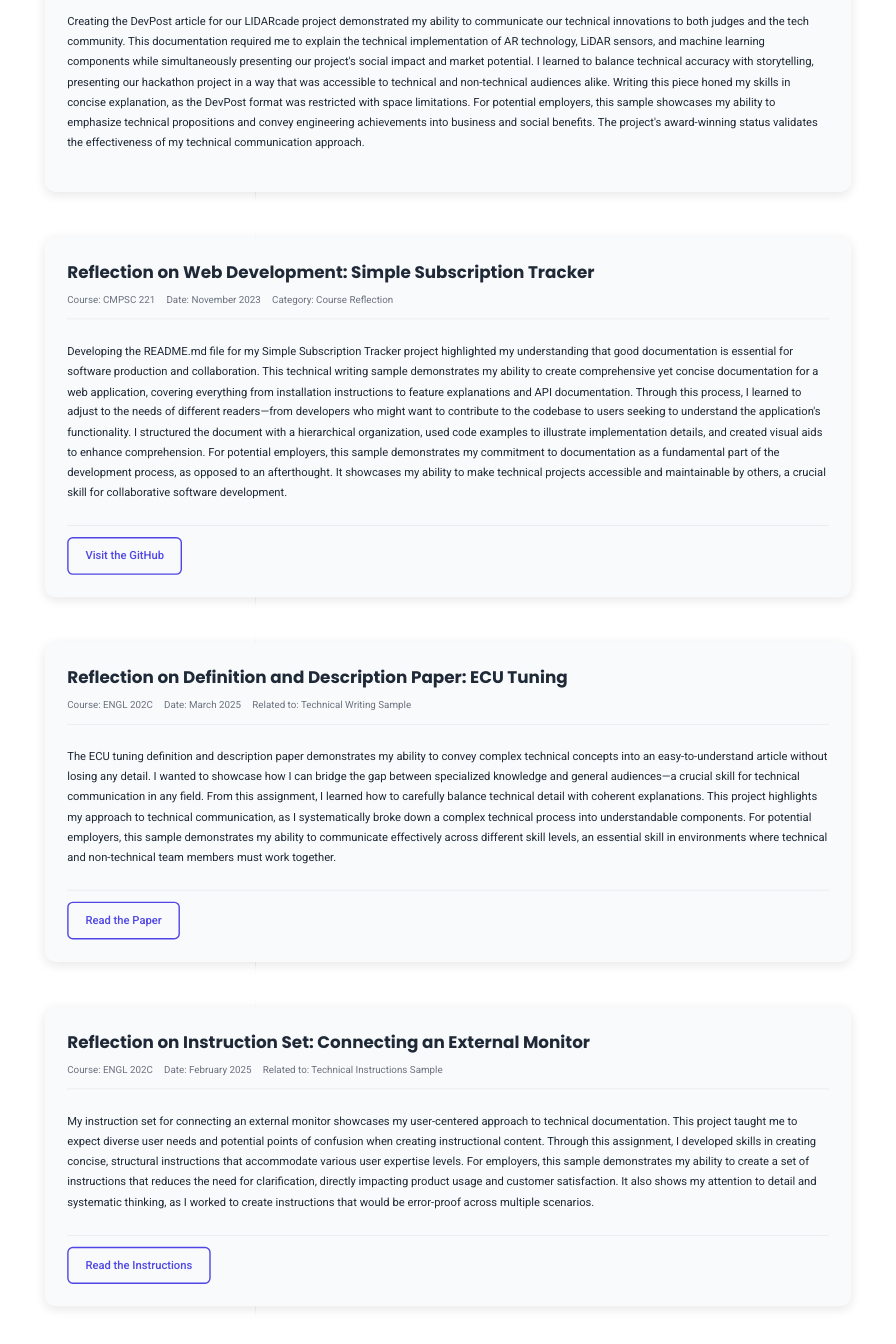
Repository: itskevbo/E-Portfolio
Page: pages/reflections.html
These files come from the project's save history. The page is drawn as it stood at one moment and after the next save; the edit follows.
The browser window is 1280 px wide. The pictures show the part of the page from y = 403 to 2323 px (the page is 2519 px tall before and 2598 px after), at 70% of full size.

Above is the page before, as saved 2025-04-28 16:38:12.
Console error: ReferenceError: ScrollReveal is not defined

After the next save:
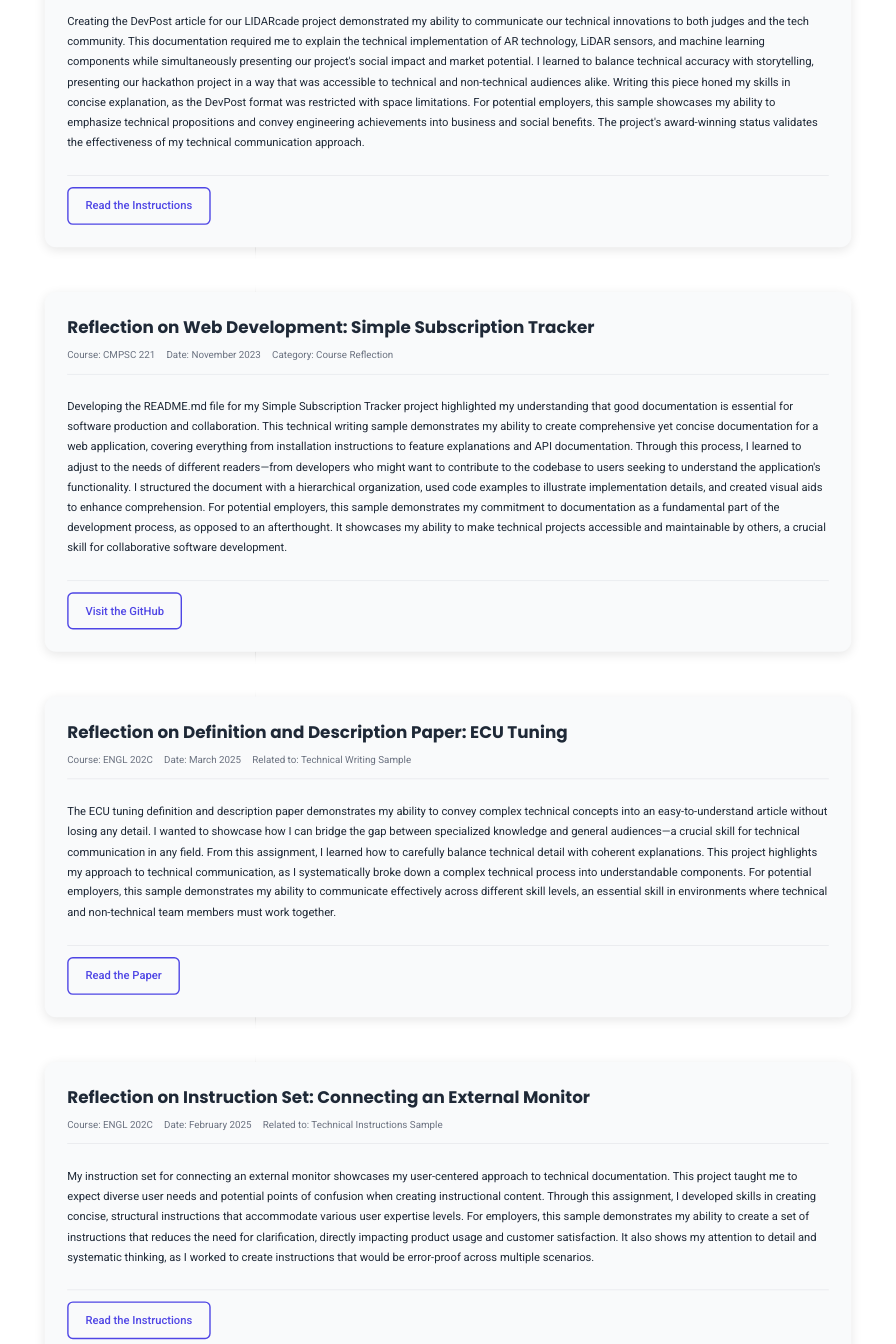
Saved 7 s later.
--- a/pages/reflections.html
+++ b/pages/reflections.html
@@ -171,6 +171,10 @@
                     <div class="reflection__content">
                         <p>Creating the DevPost article for our LIDARcade project demonstrated my ability to communicate our technical innovations to both judges and the tech community. This documentation required me to explain the technical implementation of AR technology, LiDAR sensors, and machine learning components while simultaneously presenting our project's social impact and market potential. I learned to balance technical accuracy with storytelling, presenting our hackathon project in a way that was accessible to technical and non-technical audiences alike. Writing this piece honed my skills in concise explanation, as the DevPost format was restricted with space limitations. For potential employers, this sample showcases my ability to emphasize technical propositions and convey engineering achievements into business and social benefits. The project's award-winning status validates the effectiveness of my technical communication approach.</p>
                     </div>
+
+                    <footer class="reflection__footer">
+                        <a href="writing_samples.html#instruction-set" class="btn btn-outline">Read the Instructions</a>
+                    </footer>
                 </article>
 
                 <!-- Reflection 2: Simple Subscription Tracker -->
